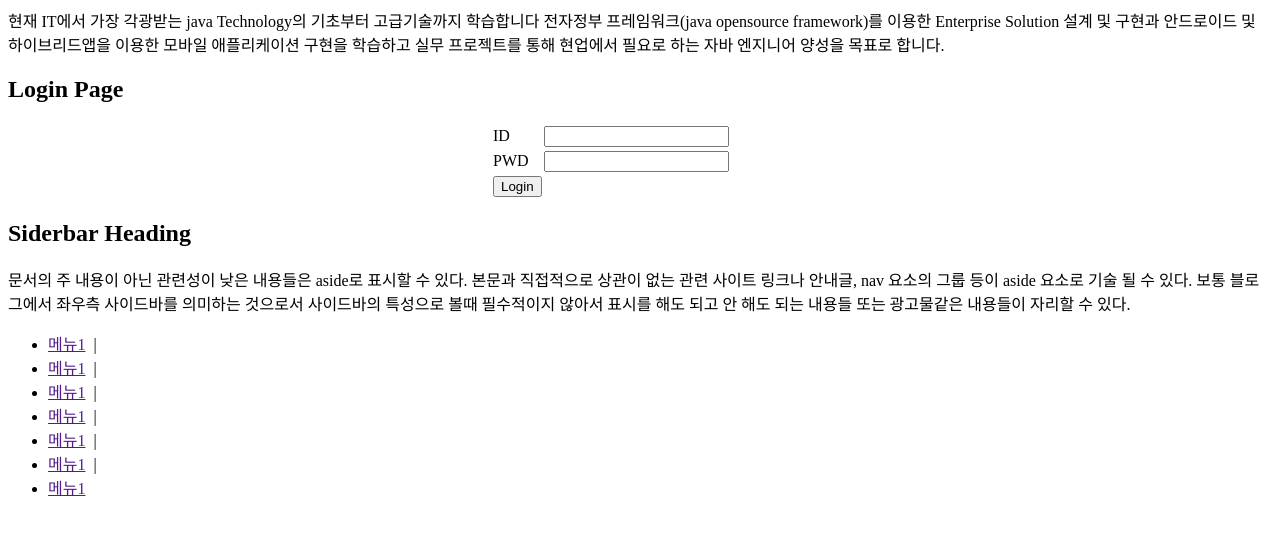
Repository: dev-sean/kosta
Page: http://localhost/jsp_1104/ex2_sample.jsp
These files come from the project's save history. The page is drawn as it stood at one moment and after the next save; the edit follows.
The browser window is 1280 px wide. The pictures show the whole page.
The page is served by Tomcat 9.

Above is the page before, as saved 2014-11-04 02:14:55.

After the next save:
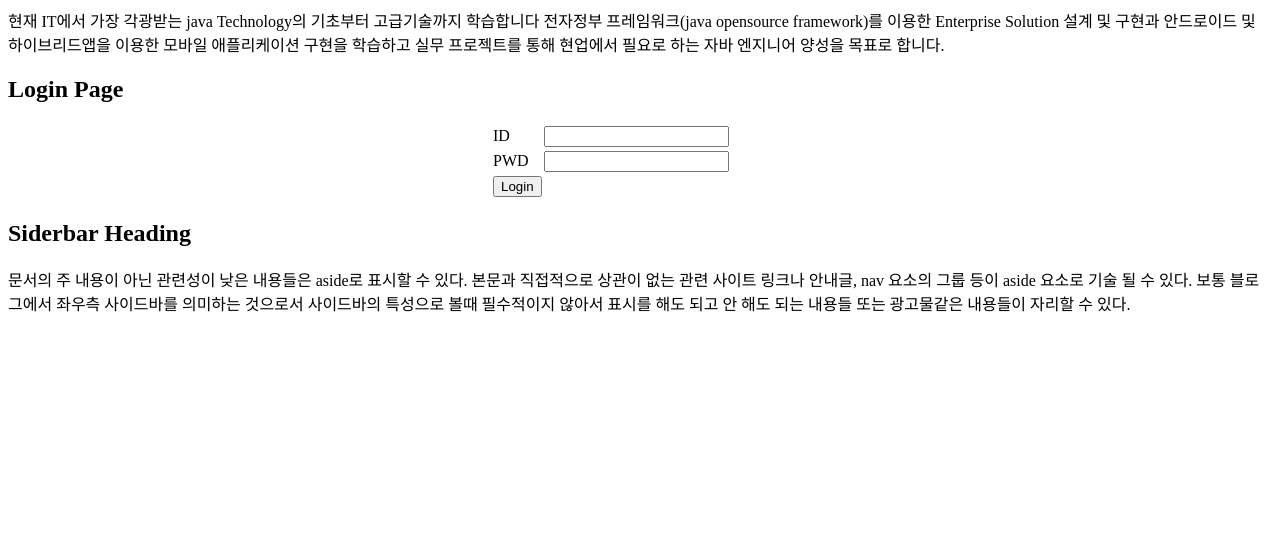
Saved 72 s later.
--- a/jsp/jsp_1104/WebContent/ex2_sample.jsp
+++ b/jsp/jsp_1104/WebContent/ex2_sample.jsp
@@ -41,19 +41,6 @@
 
 	</aside>
 
-	<footer>
-		<nav>
-			<ul>
-				<li><a href="">메뉴1</a>&nbsp; |</li>
-				<li><a href="">메뉴1</a>&nbsp; |</li>
-				<li><a href="">메뉴1</a>&nbsp; |</li>
-				<li><a href="">메뉴1</a>&nbsp; |</li>
-				<li><a href="">메뉴1</a>&nbsp; |</li>
-				<li><a href="">메뉴1</a>&nbsp; |</li>
-				<li><a href="">메뉴1</a></li>
-			</ul>
-		</nav>
-	</footer>
 
 
 </body>
